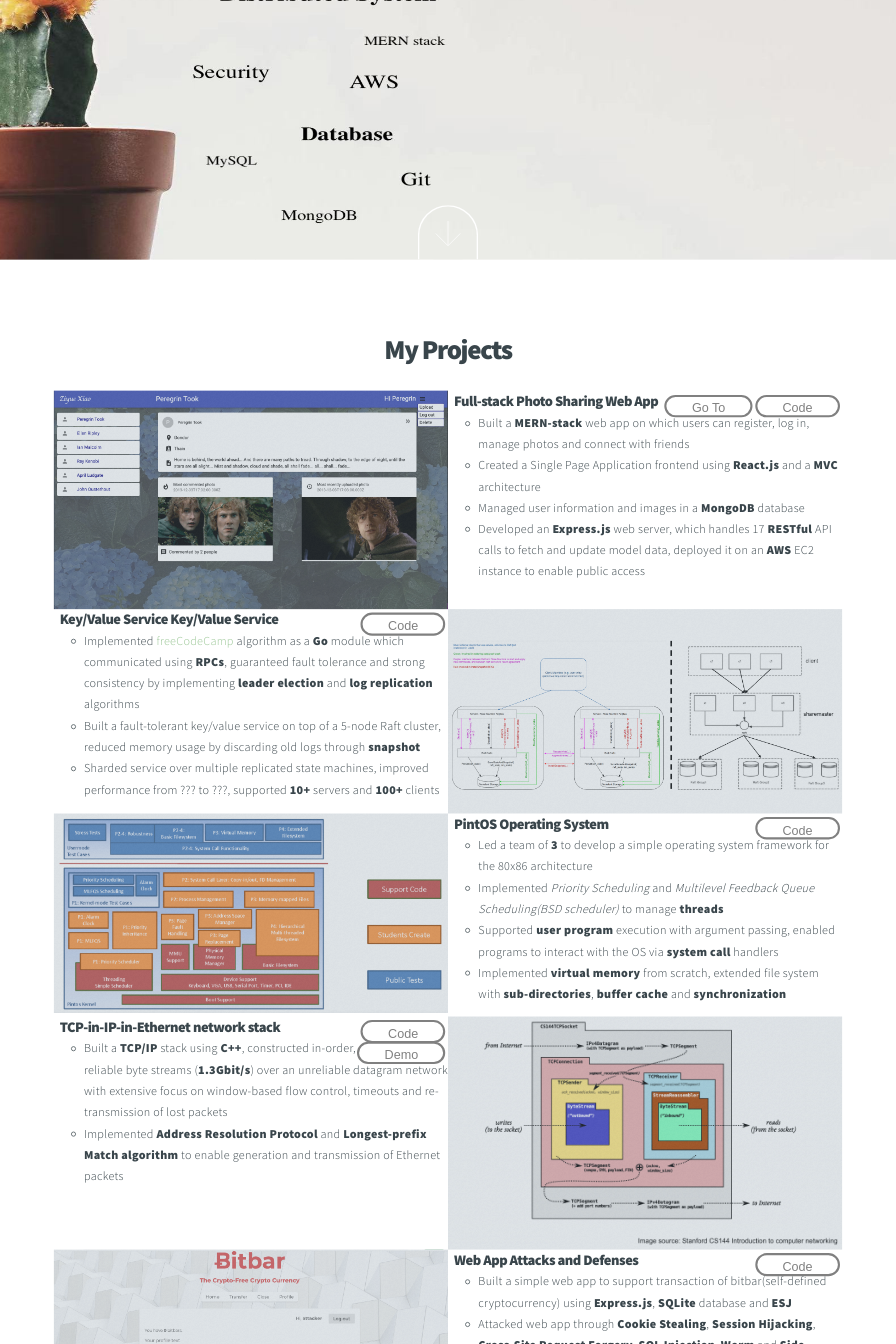
Repository: Zoey-2029/zoey-2029.github.io
Page: index.html
An editor plug-in stored every save of this project. The page is shown before and after the next save, followed by the edit.
The browser window is 1280 px wide. The pictures show the part of the page from y = 2353 to 4273 px (the page is 5714 px tall), at 70% of full size.
Backgrounds fixed to the window are drawn as part of the page.

Above is the page before, as saved 2021-07-23 01:27:37.

### index.html
<!DOCTYPE HTML>
<!--
	Big Picture by HTML5 UP
	html5up.net | @ajlkn
	Free for personal and commercial use under the CCA 3.0 license (html5up.net/license)
-->
<html>
	<head>
		<title>Ziyue Xiao</title>
		<meta charset="utf-8" />
		<meta name="viewport" content="width=device-width, initial-scale=1, user-scalable=no" />
		<link rel="stylesheet" href="assets/css/main.css" />
		<noscript><link rel="stylesheet" href="assets/css/noscript.css" /></noscript>
	</head>
	<body class="is-preload">

		<!-- Header -->
			<header id="header">
				<h1 style="font-size: x-large;">Ziyue Xiao</h1>
				<nav>
					<ul>
						<li><a href="#intro">Welcome</a></li>
						<li><a href="#one">Education</a></li>
						<li><a href="#experiences">Experiences</a></li>
						<li><a href="#two">My Skills</a></li>
						<li><a href="#work">My Projects</a></li>
					</ul>
				</nav>
				<nav id = "contact">
					<ul>
						<li><a href="https://www.linkedin.com/in/ziyue-xiao-7081381b5/" class="icon brands fa-linkedin-in"><span class="label">LinkedIn</span></a></li>
						<li><a href="https://github.com/Zoey-2029" class="icon brands fa-github"><span class="label">GitHub</span></a></li>
					</ul>

				</nav>
			</header>

		<!-- Intro -->
			<section id="intro" class="main style1 dark fullscreen">
				<div class="content">
					<header>
						<h2>Hey.</h2>
					</header>
					<p style="font-size: 30px"> Welcome, I'm Ziyue Xiao.</p>
					I am a graduate student at Stanford University,<br>
					and I am passionate about full-stack development, <br>
					distributed systems and computer systems.
					<footer>
						<a href="#one" class="button style2 down">More</a>
					</footer>
				</div>
			</section>

		<!-- One -->
			<section id="one" class="main style2 right dark fullscreen">
				<div class="content box style2">
					<header>
						<h2>Education</h2>
					</header>
					<header>
						<h3>Stanford University (Sept. 2019 - Dec. 2021)</h3>
						M.S. in <i>Civil and Environmental Engineering</i>
					</header>
					<p>
						courses: <i style="font-size: 16px">Design and Analysis of Algorithms,
						Principles of Computer Systems, Operating Systems, Computer Networking,
						Computer Security, Data Management and Data Systems, Web Applications,
						Distributed Systems, Object-Oriented Systems Design, Mining Massive Data Sets, Deep learning</i>
					</p>


					<header>
						<h3>Shanghai Jiao Tong University (Sept.2015 - June 2019)</h3>
						B.S. in <i>Environmental Engineering</i>
					</header>
				</div>
				<a href="#experiences" class="button style2 down anchored">Next</a>
			</section>

		<!-- experiences -->
			<section id="experiences" class="main style2 left dark fullscreen">
				<div class="content box style2">
					<header>
						<h2>Experiences</h2>
					</header>
					<header>
						<h3>ThoughtSpot (June 2021 - Sept. 2021)</h3>
						Back-end Intern
					</header>

					<p>
						<ul>
							<li>Worked with cloud platform team to </li>
							<li>Worked with infrastructure team, utilized <b>Groovy</b> and <b>Docker</b> to create and maintain <b>Jenkins CI/CD</b> pipelines
								for developing, testing and deploying products on <b>AWS</b> and <b>Microsoft Azure</b></li>
							<li>sajhgdh</li>
						</ul>
					</p>



				</div>

				<a href="#two" class="button style2 down anchored">Next</a>
			</section>

		<!-- Two -->
			<section id="two" class="main style2 right dark fullscreen">
				<div class="content box style2">
					<header>
						<h2>Skills</h2>
					</header>
					<header>
						<h3>Languages</h3>
					</header>
						<p>Java, C/C++, Go, Python, HTML/CSS, Javascript, Shell, Groovy, Matlab, R</p>
					<header>
						<h3>Frameworks & tools</h3>
					</header>
					   <p>MERN stack, Kubernetes, Spark, HDFS, ZooKeeper, Docker, Tensorflow, Maven,
						MongoDB, MySQL, JUnit</p>
				</div>

				<a href="#work" class="button style2 down anchored">Next</a>
			</section>

		<!-- Work -->
			<section id="work" class="main style3 primary">
				<div class="content">
					<header>
						<h2>My Projects</h2>
					</header>

					<!-- Gallery  -->
						<div class="gallery">


							<article class="from-left">
								<a href="images/photoApp.jpg" class="image fit"><img src="images/photoApp.jpg" title="My Photo Sharing App" alt="" /></a>
							</article>
							<article class="from-right">
								<div>
									<h4 style="font-size: larger;">Full-stack Photo Sharing Web App
										<button onclick="window.open('https://github.com/Zoey-2029/A-Photo-Sharing-Web-App')" type="button">Code</button>
										<button onclick="window.open('http://www.ziyuesphotosharingapp.com./photo-share.html#/login-register')" type="button">Go To</button>
									</h4>

									<ul>
										<li> Built a <b>MERN-stack</b> web app on which users can register, log
											in, manage photos and connect with friends</li>
										<li> Created a Single Page Application frontend using <b>React.js</b> and a <b>MVC</b> architecture
										<li> Managed user information and images in a <b>MongoDB</b> database</li>
										<li> Developed an <b>Express.js</b> web server, which handles 17 <b>RESTful</b> API calls to
											fetch and update model data, deployed it on an <b>AWS</b> EC2 instance to enable public access
										</li>
									</ul>
								</div>
							</article>


							<article class="from-left">
								<div>
									<h4 style="font-size: larger;">Key/Value Service Key/Value Service
										<button onclick="window.open('https://github.com/Zoey-2029/Sharded-Fault-tolerant-Key-Value-Service')" type="button">Code</button>
									</h4>
									<ul>
										<li> Implemented <a href="https://www.freecodecamp.org/">freeCodeCamp</a>
											algorithm as a <b>Go</b> module which communicated using <b>RPCs</b>, guaranteed fault tolerance
											and strong consistency by implementing <b>leader election</b> and <b>log replication</b> algorithms
										<li> Built a fault-tolerant key/value service on top of a 5-node Raft cluster, reduced memory usage by discarding old
											logs through <b>snapshot</b>
										<li> Sharded service over multiple replicated state machines, improved performance from ??? to ???,
											supported <b>10+</b> servers and <b>100+</b> clients
									</ul>
								</div>
							</article>
							<article class="from-right">
								<a href="images/distributed.png" class="image fit"><img src="images/distributed.png" title="Fault-tolerant Key/Value Service" alt="" /></a>
							</article>



							<article class="from-left">
								<a href="images/os.png" class="image fit"><img src="images/os.png" title="Pintos Operating System" alt="" /></a>
							</article>
							<article class="from-right">
								<div>
									<h4 style="font-size: larger;">PintOS Operating System
										<button onclick="window.open('https://github.com/Zoey-2029/cs140')" type="button">Code</button>
									</h4>
									<ul>
										<li> Led a team of <b>3</b> to develop a simple operating system framework for the 80x86 architecture</li>
										<li> Implemented <i>Priority Scheduling</i> and <i>Multilevel Feedback Queue Scheduling(BSD scheduler)</i>
											to manage <b>threads</b></li>
										<li> Supported <b>user program</b> execution with argument passing, enabled programs to interact with
											the OS via <b>system call</b> handlers </li>
										<li> Implemented <b>virtual memory </b>from scratch, extended file system with <b>sub-directories</b>,
											<b>buffer cache</b> and <b>synchronization</b></li>
									</ul>
								</div>
							</article>




							<article class="from-left">
								<div>
									<h4 style="font-size: larger;">TCP-in-IP-in-Ethernet network stack
										<button onclick="window.open('https://github.com/Zoey-2029/TCP-connection')" type="button">Code</button>
										<button onclick="window.open('https://www.youtube.com/watch?v=EnBWZ1fTS00')" type="button">Demo</button>
									</h4>

									<ul>
										<li> Built a <b>TCP/IP</b> stack using <b>C++</b>, constructed in-order, reliable byte streams (<b>1.3Gbit/s</b>) over an unreliable datagram
											network with extensive focus on window-based flow control, timeouts and re-transmission of lost packets</li>
										<li> Implemented <b>Address Resolution Protocol</b> and <b>Longest-prefix Match algorithm</b> to enable generation
											 and transmission of Ethernet packets</li>
									</ul>
								</div>
							</article>
							<article class="from-right">
								<a href="images/TCP.jpg" class="image fit"><img src="images/TCP.jpg" title="My TCP connection" alt="" /></a>
							</article>


							<article class="from-left">
								<a href="images/security.png" class="image fit"><img src="images/security.png" title="Web App Attacks and Defenses" alt="" /></a>
							</article>
							<article class="from-right">
								<div>
									<h4 style="font-size: larger;">Web App Attacks and Defenses
										<button onclick="window.open('https://github.com/Zoey-2029/Man-in-the-Middle-Network-Attack')" type="button">Code</button>
									</h4>
									<ul>
										<li> Built a simple web app to support transaction of bitbar(self-defined cryptocurrency) using <b>Express.js</b>, <b>SQLite</b>
											database and <b>ESJ</b>
										<li> Attacked web app through <b>Cookie Stealing</b>, <b>Session Hijacking</b>, <b>Cross-Site Request Forgery</b>,
											<b>SQL Injection</b>, <b>Worm</b> and <b>Side-channel Attack</b>
 										<li> Updated web app to defned attacks based on <b>Input Sanitation</b>, <b>Secret Token Validation</b>, <b>Signature</b> and <b>CSP policies</b>
									</ul>
								</div>
							</article>

							<article class="from-left">
								<div>
									<h4 style="font-size: larger;">Android Mobile Game: Bunny World
										<button onclick="window.open('https://github.com/Zoey-2029/Android-Game')" type="button">Code</button>
										<button onclick="window.open('https://www.youtube.com/watch?v=7zvFhed2UA0')" type="button">Video</button>
									</h4>
									<ul>
										<li> Led a team of <b>5</b> to develop a mobile game app using <b>Java/XML</b> in Android Studio,
											allowed users to create and play their own games by creating shapes and scripts</li>
										<li> Built a <b>SQLite</b> database to manage sound, images and games in <b>JSON</b> format, supported game import and export</li>
										<li> Supported access to sound and image sources in Android device</li>
										<li> Tested code using <b>JUnit</b> and covered 90% of use cases</li>
										<li>used <b>Git</b> as version control tool</li>
									</ul>
								</div>
							</article>
							<article class="from-right">
								<a href="images/BunnyWorld.jpg" class="image fit"><img src="images/BunnyWorld.jpg" title="Bunny World" alt="" /></a>
							</article>


							<article class="from-left">
								<a href="images/lane.png" class="image fit"><img src="images/lane.png" title="Improvements of SCNN on lane detection in harsh scenarios" alt="" /></a>
							</article>
							<article class="from-right">
								<div>
									<h4 style="font-size: larger;">SCNN on lane detection in harsh scenarios
										<button onclick="window.open('https://github.com/Zoey-2029/Improvements-of-SCNN-on-lane-detection-in-harsh-scenarios')" type="button">Code</button>
									</h4>

									<ul>
										<li> Improved performance of <b>Spatial CNN(SCNN)</b> on lane detection in harsh scerios(e.g. shadow, night et.al)
											by updating loss function, data augmentation, replaing encoder <b>VGG-16</b> with <b>ResNet-18</b>.
 										<li> Expanded datadets from 88880 to 115701 images to simulate real-life scenarios by decreasing brightness, adding Gaussian blur
											  and deceasing contrast to existing images
										<li> Improved training accuracy from <b>51%</b> to <b>60%</b>
									</ul>
								</div>
							</article>


							<article class="from-left">
								<div>
									<h4 style="font-size: larger;">Linux Shell
										<button onclick="window.open('https://github.com/Zoey-2029/Linux-Shell-in-C')" type="button">Code</button>
									</h4>
									<ul>
										<li> Developed a <b>C</b> linux shell which supported a collection of <b>built-in commands</b>,
											including quit, exit, fg, bg, slay, cont, halt, jobs</li>
										<li> Achieved input and output redirection through &lt and &gt</li>
										<li> Supported <b>pipelines</b> consisting multiple processes</li>
										<li> Allowed <b>terminal control transfer</b> to executables(e.g. emacs, cat)
											requiring elaborate control of the console</li>
									</ul>
								</div>
							</article>
							<article class="from-right">
								<a href="images/shell.jpg" class="image fit"><img src="images/shell.jpg" title="Linux Shell" alt="" /></a>
							</article>


							<article class="from-left">
								<a href="images/malloc.png" class="image fit"><img src="images/malloc.png" title="Dynamic memory allocator" alt="" /></a>
							</article>
							<article class="from-right">
								<div>
									<h4 style="font-size: larger;">Dynamic memory allocator
										<button onclick="window.open('https://github.com/Zoey-2029/Dynamic-Memory-Allocator')" type="button">Code</button>
									</h4>

									<ul>
										<li> Implemented three types of heap alloctors in <b>C</b>, incluidng <i>bump allocator</i>,
											<i>implicit free list allocator</i> and <i>explicit free list allocator</i>
										<li> Supported <b>mallo()</b>, <b>remalloc()</b> and <b>free()</b>, reached average utilization of <b>90%</b>
									</ul>
								</div>
							</article>



						</div>

				</div>
			</section>

		<!-- Footer -->
			<footer id="footer">

				<!-- Icons -->




					<ul class="icons">
						<li><a href="https://www.linkedin.com/in/ziyue-xiao-7081381b5/" class="icon brands fa-linkedin-in"><span class="label">LinkedIn</span></a></li>
						<li><a href="https://github.com/Zoey-2029" class="icon brands fa-github"><span class="label">GitHub</span></a></li>
					</ul>

				<!-- Menu -->
			</footer>

		<!-- Scripts -->
			<script src="assets/js/jquery.min.js"></script>
			<script src="assets/js/jquery.poptrox.min.js"></script>
			<script src="assets/js/jquery.scrolly.min.js"></script>
			<script src="assets/js/jquery.scrollex.min.js"></script>
			<script src="assets/js/browser.min.js"></script>
			<script src="assets/js/breakpoints.min.js"></script>
			<script src="assets/js/util.js"></script>
			<script src="assets/js/main.js"></script>

	</body>
</html>

Loaded but not shown: assets/js/jquery.min.js (library); assets/js/jquery.poptrox.min.js (library); assets/js/jquery.scrolly.min.js (common file); assets/js/jquery.scrollex.min.js (common file); assets/js/browser.min.js (common file); assets/js/breakpoints.min.js (common file); assets/css/fontawesome-all.min.css (library); assets/js/util.js (587 lines, source omitted); assets/js/main.js (219 lines, source omitted); assets/css/main.css (2370 lines, source omitted)

After the next save:
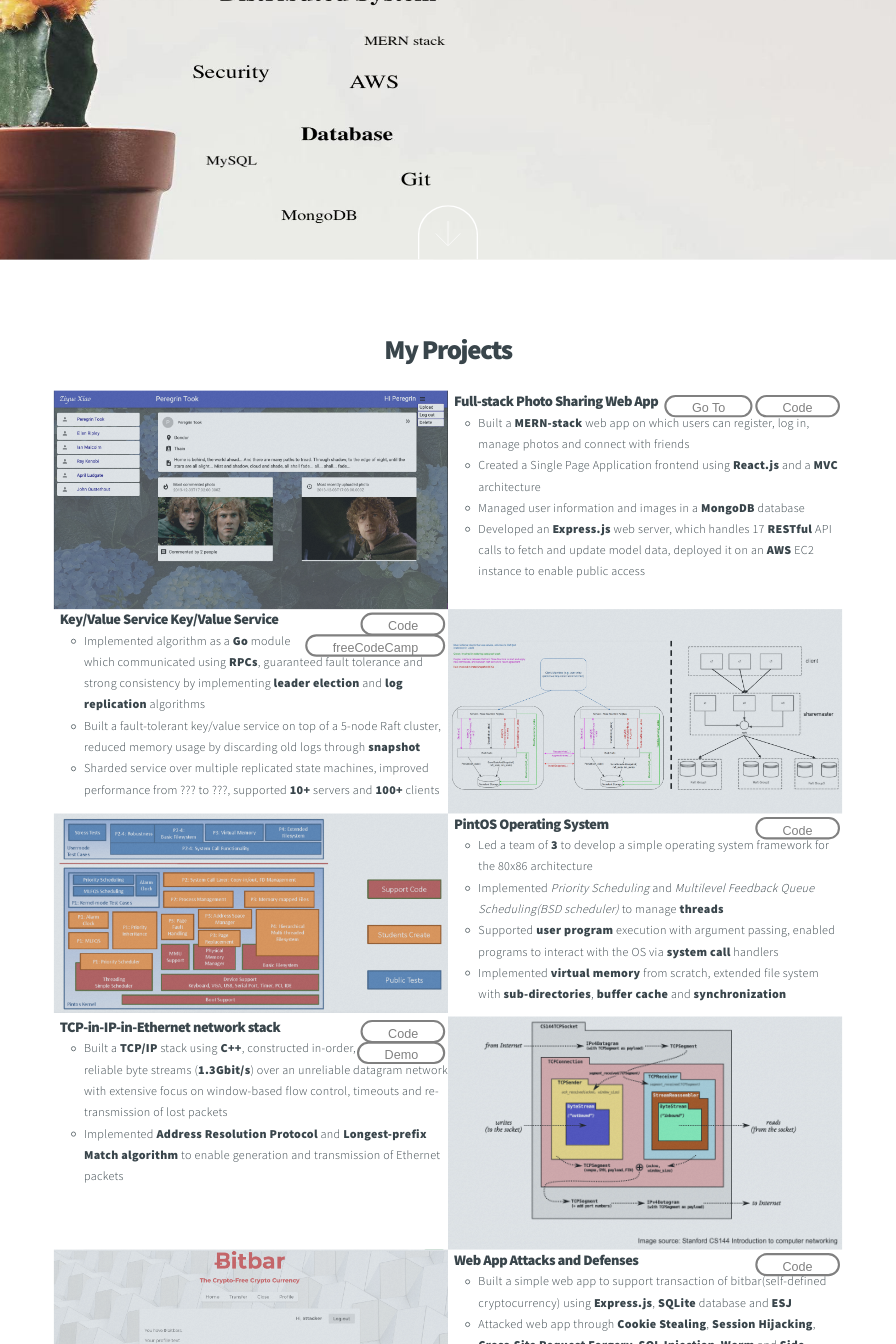
Saved 47 s later.
--- a/index.html
+++ b/index.html
@@ -164,7 +164,7 @@
 										<button onclick="window.open('https://github.com/Zoey-2029/Sharded-Fault-tolerant-Key-Value-Service')" type="button">Code</button>
 									</h4>
 									<ul>
-										<li> Implemented <a href="https://www.freecodecamp.org/">freeCodeCamp</a>
+										<li> Implemented <button href="https://www.freecodecamp.org/" type="button">freeCodeCamp</button>
 											algorithm as a <b>Go</b> module which communicated using <b>RPCs</b>, guaranteed fault tolerance
 											and strong consistency by implementing <b>leader election</b> and <b>log replication</b> algorithms
 										<li> Built a fault-tolerant key/value service on top of a 5-node Raft cluster, reduced memory usage by discarding old

After the 3 saves that followed:
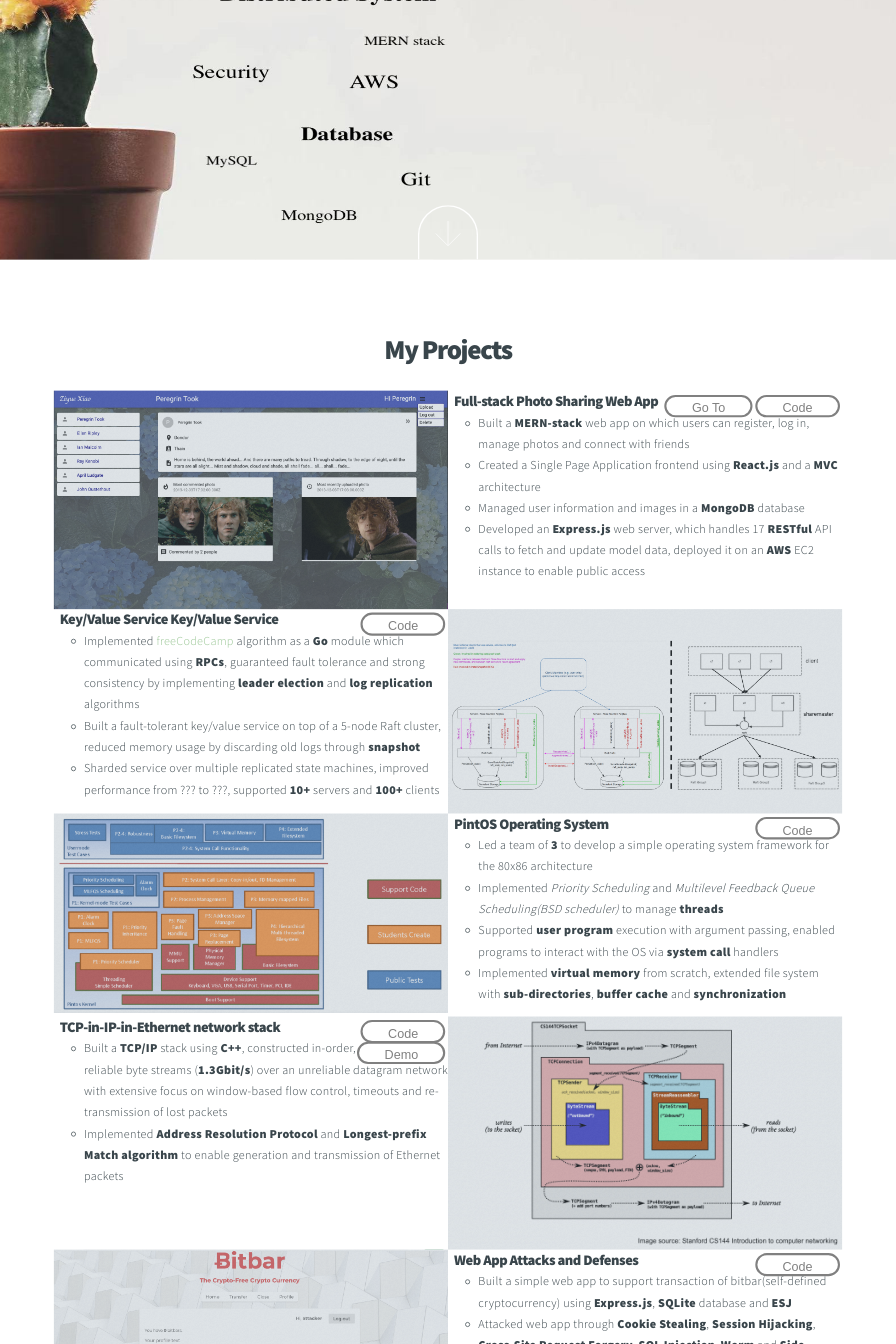
The 3 saves are shown as one change because 2 left the picture as it was.
The last was saved 48 s later.
--- a/index.html
+++ b/index.html
@@ -164,7 +164,7 @@
 										<button onclick="window.open('https://github.com/Zoey-2029/Sharded-Fault-tolerant-Key-Value-Service')" type="button">Code</button>
 									</h4>
 									<ul>
-										<li> Implemented <button href="https://www.freecodecamp.org/" type="button">freeCodeCamp</button>
+										<li> Implemented <a href="https://www.freecodecamp.org/">freeCodeCamp</a>
 											algorithm as a <b>Go</b> module which communicated using <b>RPCs</b>, guaranteed fault tolerance
 											and strong consistency by implementing <b>leader election</b> and <b>log replication</b> algorithms
 										<li> Built a fault-tolerant key/value service on top of a 5-node Raft cluster, reduced memory usage by discarding old
